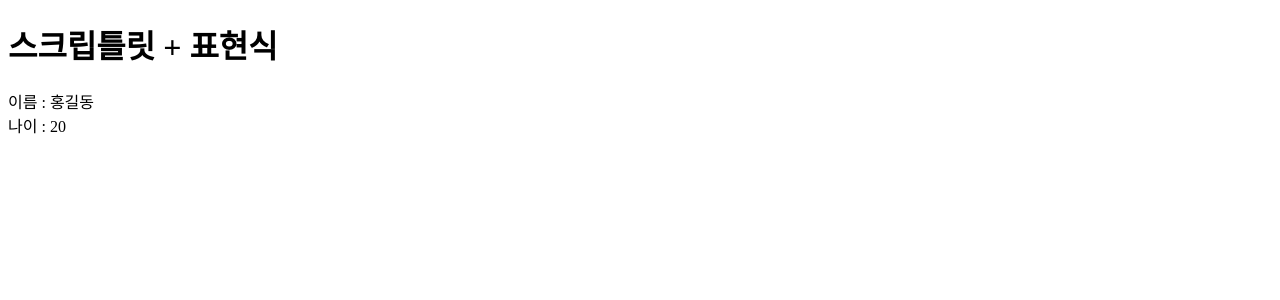
Repository: camicomi/Study_Server
Page: http://localhost/JSPTest/ex06_script.jsp
An editor plug-in stored every save of this project. The page is shown before and after the next save, followed by the edit.
The browser window is 1280 px wide. The pictures show the whole page.
The page is served by Tomcat 9.

Above is the page before, as saved 2024-04-01 06:45:05.

After the next save:
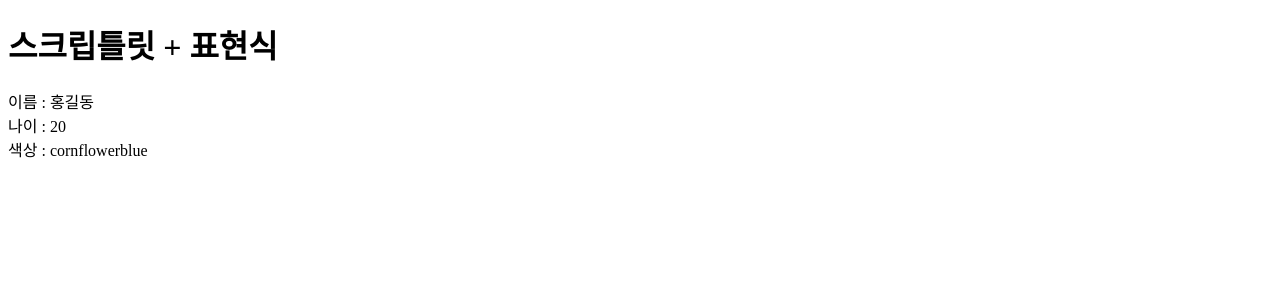
Saved 19 s later.
--- a/JSPTest/src/main/webapp/ex06_script.jsp
+++ b/JSPTest/src/main/webapp/ex06_script.jsp
@@ -30,6 +30,7 @@
 
 	<div> 이름 : <%= name %></div>
 	<div> 나이 : <%= age %></div>
+	<div> 색상 : <%= color %></div>
 
 </body>
 </html>
